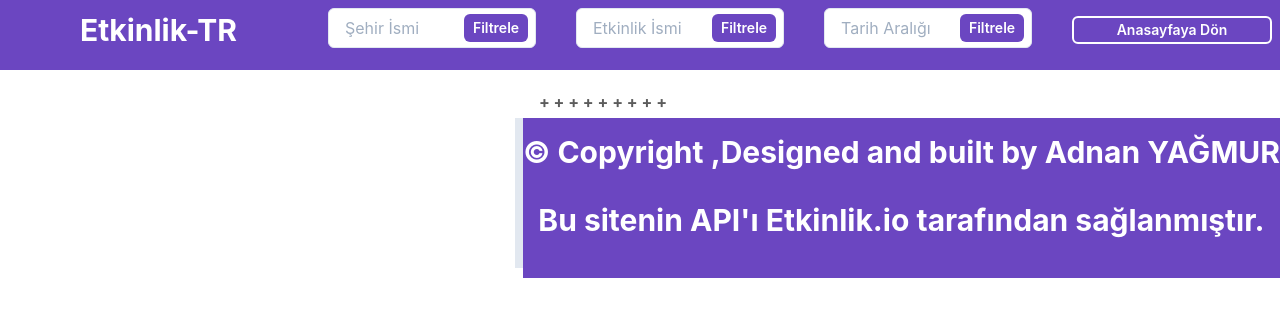
Repository: adnanyagmur/EtsTur-FrontEnd-Hiring-Challange
Page: /detailPage
An editor plug-in stored every save of this project. The page is shown before and after the next save, followed by the edit.
The browser window is 1280 px wide. The pictures show the whole page.
The project was rebuilt for these pictures with package versions that can differ from the ones it lists, and the page was loaded fresh each time. Also part of the build but not shown: src/index.css, src/components/eventList/EventList.jsx, src/components/hompage/HomePage.jsx, src/pastApi/json.js, src/components/pastEventList/PastList.jsx.

Above is the page before, as saved 2022-06-21 21:49:48.

After the next save:
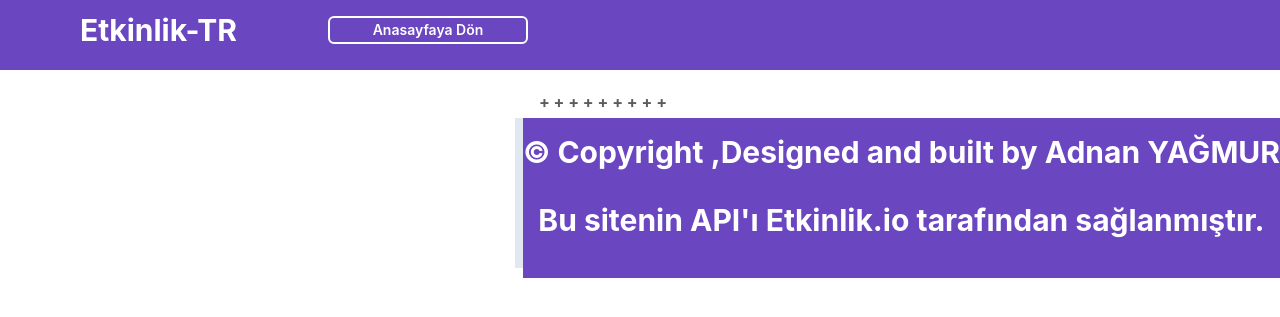
Saved 33 s later.
--- a/src/components/detailPage/DetailPage.jsx
+++ b/src/components/detailPage/DetailPage.jsx
@@ -46,45 +46,7 @@ const DetailPage= ()=> {
           <GridItem pt='2' pl='80px' bg='purple.600' color='white' area={'header'}>
             <SimpleGrid columns={[null, 5]} spacing='40px'>
               <Text as='span' fontSize='3xl' >Etkinlik-TR</Text>
-              <InputGroup as='span' size='md'>
-                <Input
-                  pr='4.5rem'
-                  bg='white'
-                  color='black'
-                  placeholder='Şehir İsmi'
-                />
-                <InputRightElement width='4.5rem'>
-                  <Button bg='purple.600' mr='2' h='1.75rem' size='sm' /* onClick={handleClick} */>
-                    Filtrele
-                  </Button>
-                </InputRightElement>
-              </InputGroup>
-              <InputGroup as='span' size='md'>
-                <Input
-                  pr='4.5rem'
-                  bg='white'
-                  color='black'
-                  placeholder='Etkinlik İsmi'
-                />
-                <InputRightElement width='4.5rem'>
-                  <Button bg='purple.600' mr='2' h='1.75rem' size='sm' /* onClick={handleClick} */>
-                    Filtrele
-                  </Button>
-                </InputRightElement>
-              </InputGroup>
-              <InputGroup as='span' size='md'>
-                <Input
-                  pr='4.5rem'
-                  bg='white'
-                  color='black'
-                  placeholder='Tarih Aralığı'
-                />
-                <InputRightElement width='4.5rem'>
-                  <Button bg='purple.600' mr='2' h='1.75rem' size='sm' /* onClick={handleClick} */>
-                    Filtrele
-                  </Button>
-                </InputRightElement>
-              </InputGroup>
+
               <Button bg='purple.600' mr='2' h='1.75rem' size='sm' mt="2" border='2px' borderColor='white' onClick={handleClick} >
                Anasayfaya Dön
               </Button>
